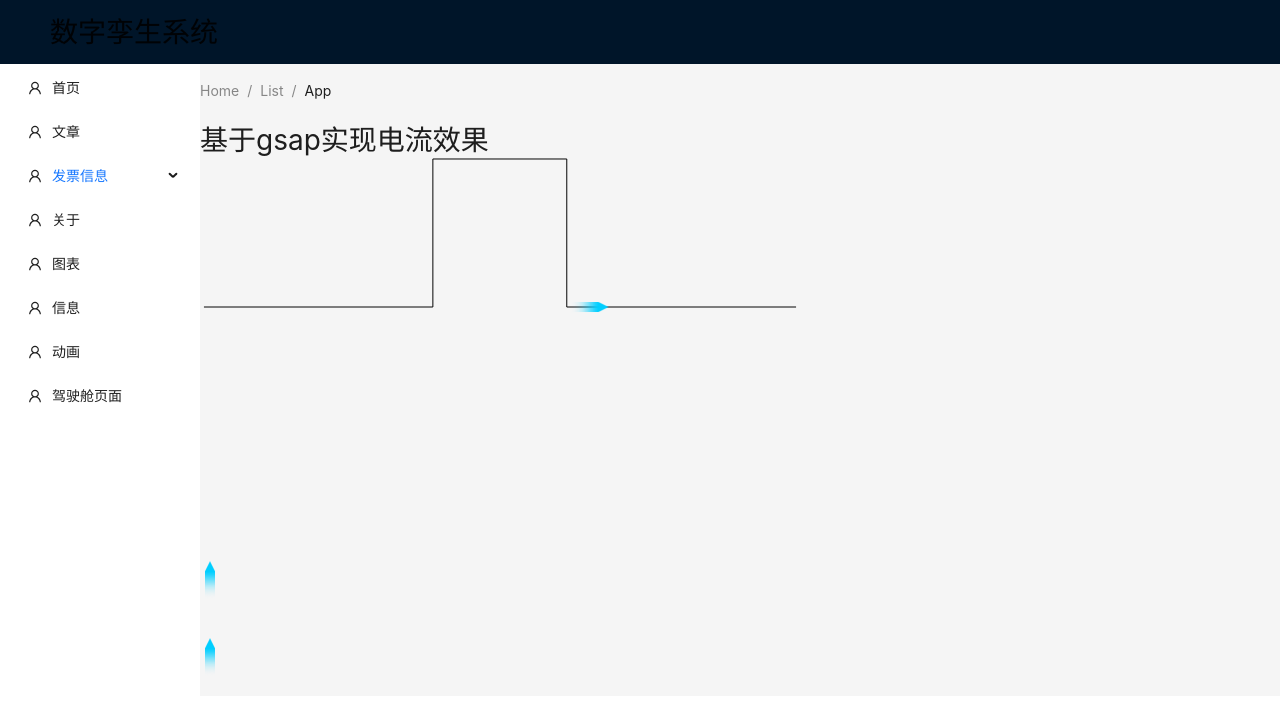
Repository: HailiePan/webpack-react-practice
Page: /animation
An editor plug-in stored every save of this project. The page is shown before and after a run of saves, followed by the edit.
The browser window is 1280 px wide. The pictures show the whole page.
The project was rebuilt for these pictures with package versions that can differ from the ones it lists, and the page was loaded fresh each time. Also part of the build but not shown: src/pages/Animation/component/ScrollAnimation/index.jsx, src/pages/Home.jsx, src/pages/Invoices/index.jsx, src/pages/Invoices/Invoice.jsx, src/pages/Invoices/Pending.jsx, src/pages/Invoices/Complete.jsx, src/components/CommonBox/index.less, src/components/CommonBox/index.jsx and 27 more.

Above is the page before, as saved 2024-01-24 17:10:16.

After the next 2 saves:
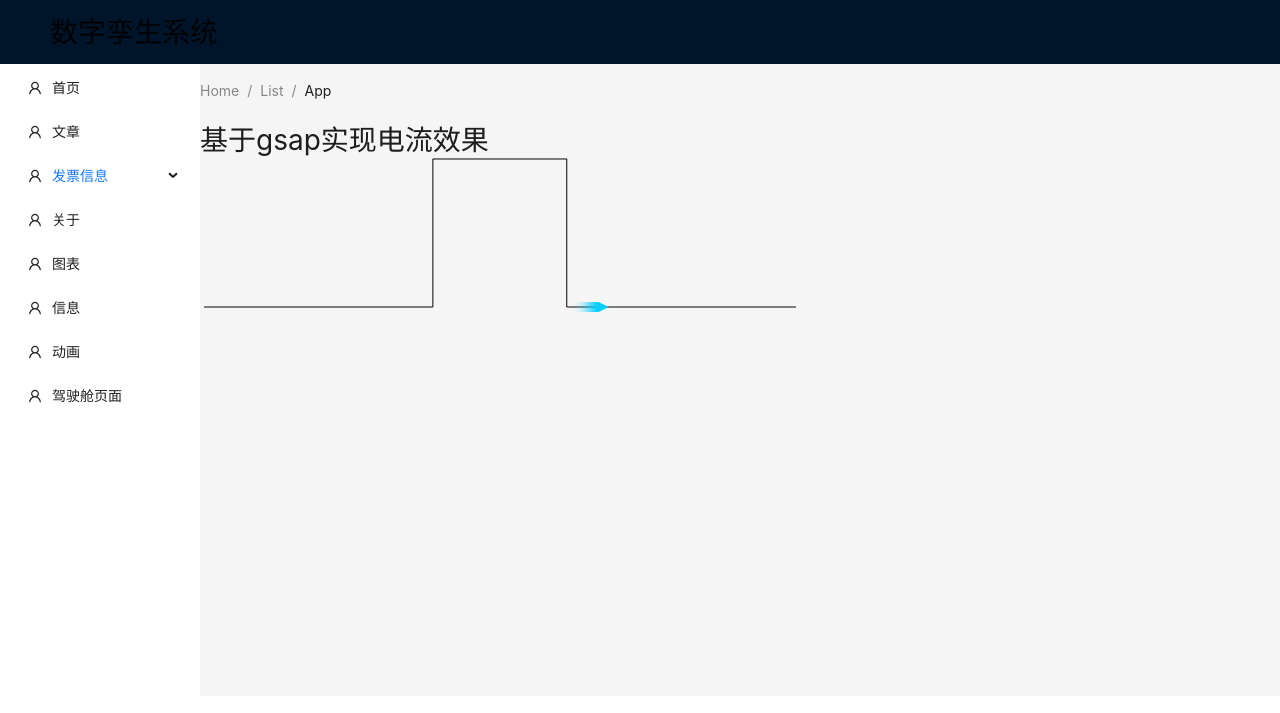
The 2 saves are shown as one change because they came seconds apart.
The last was saved 20 s later.
--- a/src/pages/Animation/component/ImitateElectricity/index.jsx
+++ b/src/pages/Animation/component/ImitateElectricity/index.jsx
@@ -25,9 +25,8 @@ export default function ImitateElectricity() {
     const tl = gsap.timeline({ repeat: -1 });
     gsap.set(
       [jiantou.current, jiantou2.current, jiantou3.current, jiantou4.current, jiantou5.current],
-      { scale: 0.5, opacity: 1 }
+      { scale: 0.5, opacity: 0 }
     );
-    // gsap.set([jiantou2.current], { opacity: 0 });
 
     tl.to([jiantou.current], {
       duration: 0.1,
